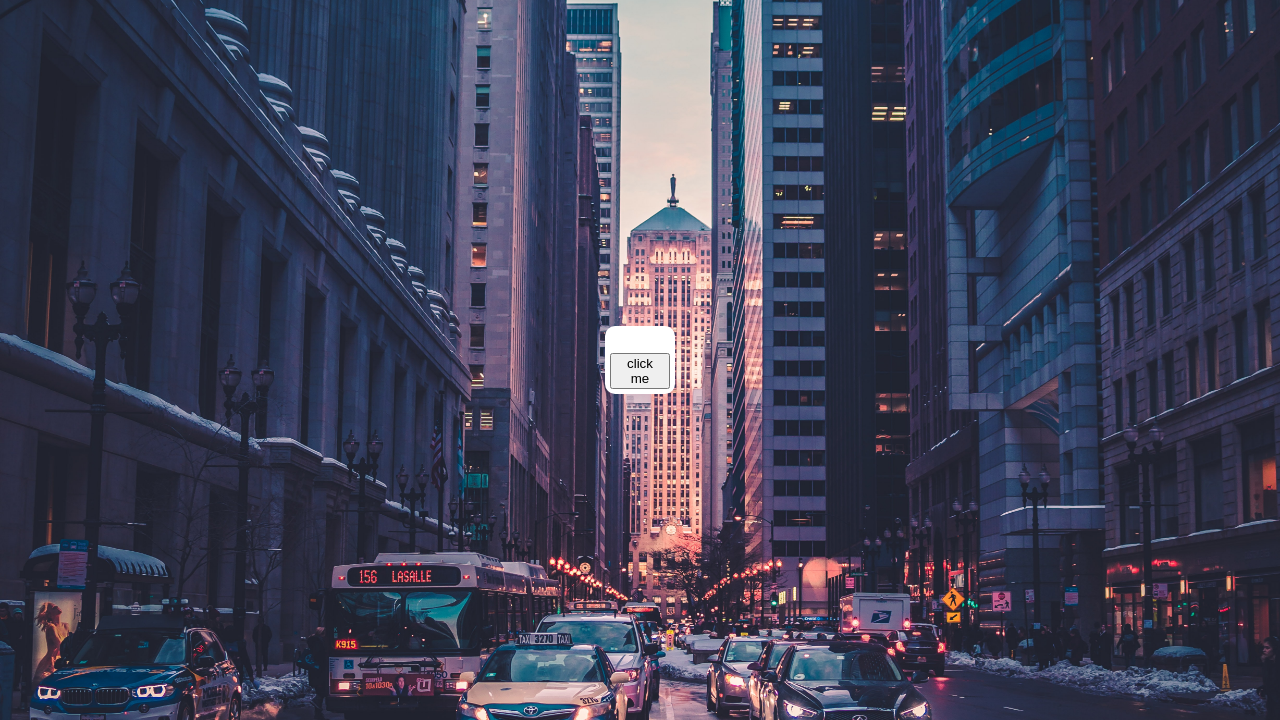
Repository: lamilekan263/random_advice
Page: /
These files come from the project's save history. The page is drawn as it stood at one moment and after the next save; the edit follows.
The browser window is 1280 px wide. The pictures show the whole page.
The page's requests for data from a server got no answer. The project was rebuilt for these pictures with package versions that can differ from the ones it lists, and the page was loaded fresh each time. No one was signed in, and anything a server would have sent is missing.

Above is the page before, as saved 2020-08-10 14:30:46.

After the next save:
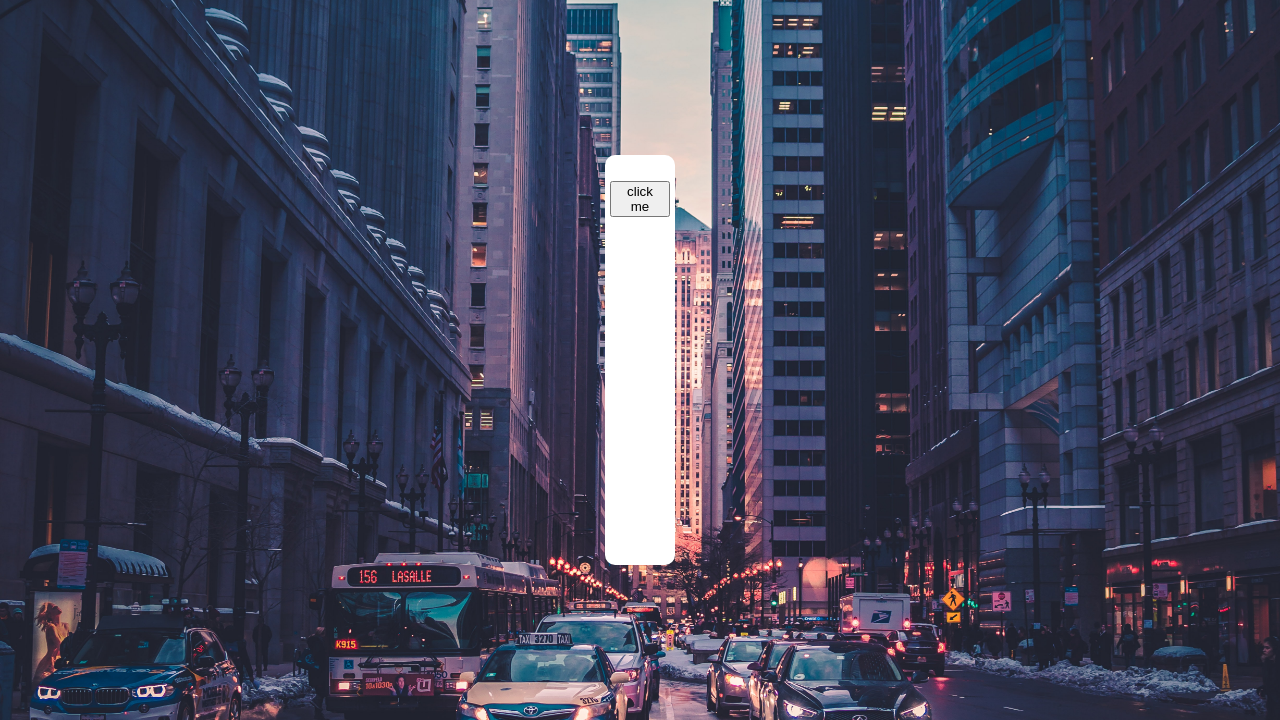
Saved 6 s later.
--- a/src/App.css
+++ b/src/App.css
@@ -19,5 +19,5 @@ body{
   background-color: white;
   padding:5px;
   border-radius: 10px;
-  height:
+  height:400px;
 }
